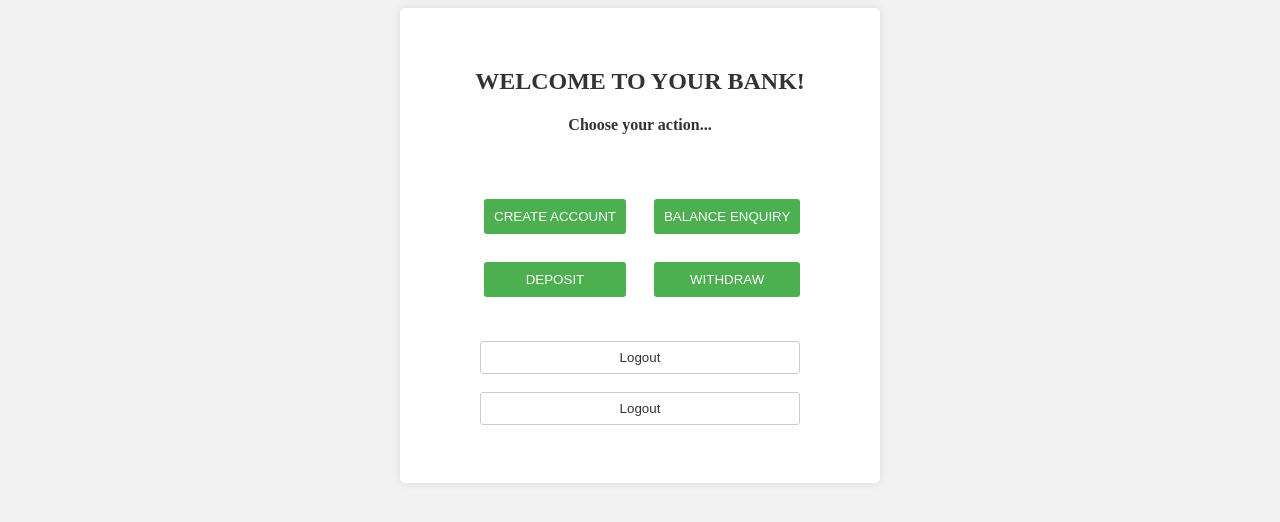
Repository: mansistic-0n3/Java_IGT
Page: Java Project/BankJSP/src/main/webapp/Home.html
An editor plug-in stored every save of this project. The page is shown before and after the next save, followed by the edit.
The browser window is 1280 px wide. The pictures show the whole page.

Above is the page before, as saved 2023-06-30 05:01:56.

After the next save:
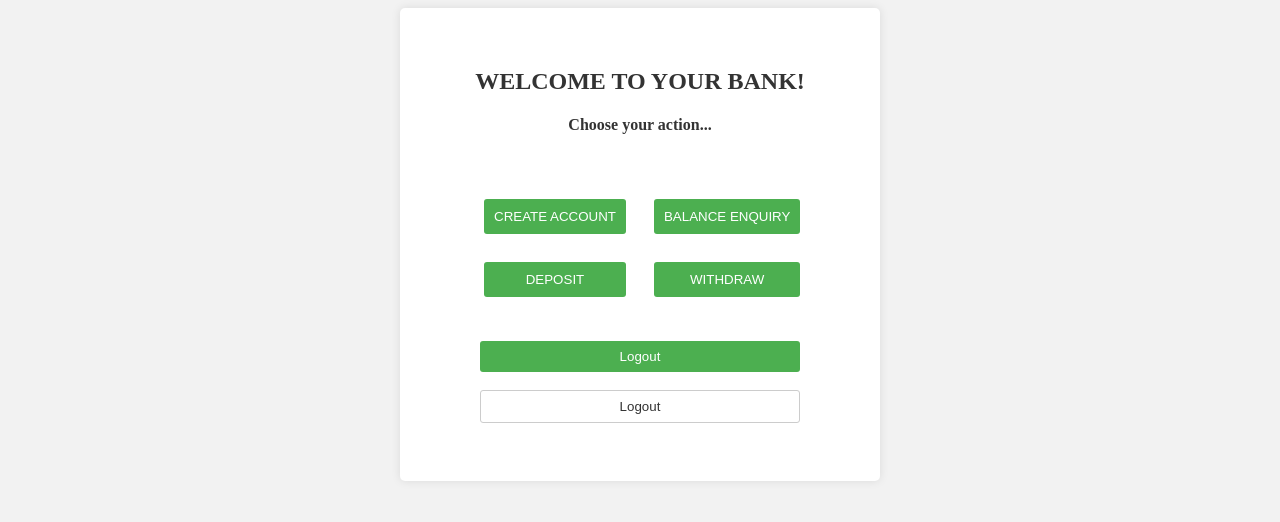
Saved 93 s later.
--- a/Java Project/BankJSP/src/main/webapp/Home.html
+++ b/Java Project/BankJSP/src/main/webapp/Home.html
@@ -25,7 +25,7 @@
 
 
       <form action="login.html">
-        <input type="submit" value="Logout" style="width: 80%; padding: 8px; border-radius: 3px; border: 1px solid #cccccc; background-color: #ffffff; color: #333333; cursor: pointer;">
+        <input type="submit" value="Logout" style="width: 80%; padding: 8px; border-radius: 3px; border: none; background-color: #4CAF50; color: #ffffff; cursor: pointer;">
       <br><br></form>
       <form action="login.html">
         <input type="submit" value="Logout" style="width: 80%; padding: 8px; border-radius: 3px; border: 1px solid #cccccc; background-color: #ffffff; color: #333333; cursor: pointer;">
